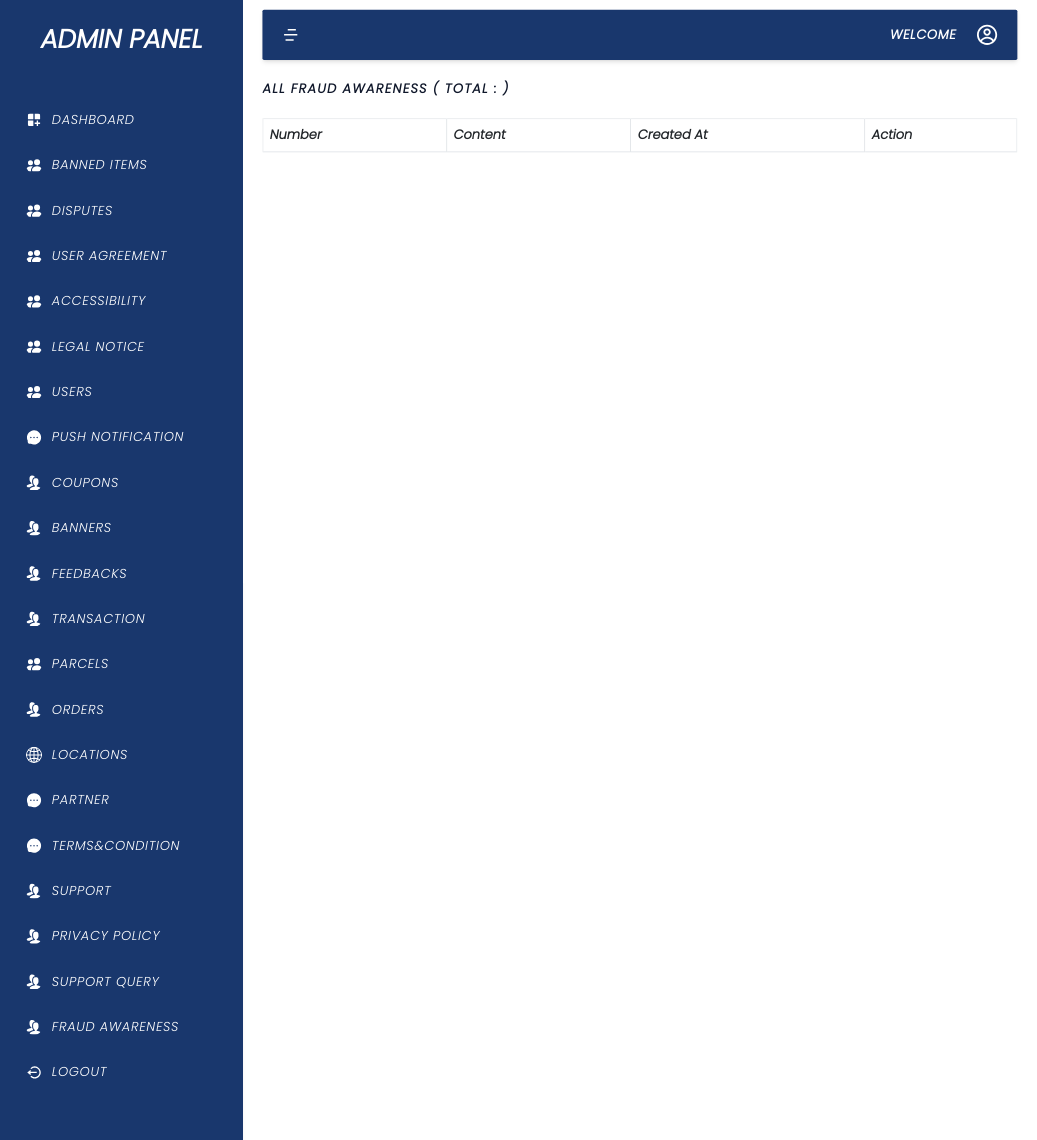
Repository: FlyweisReact/sarita
Page: /fraudAwareness
An editor plug-in stored every save of this project. The page is shown before and after the next save, followed by the edit.
The browser window is 1280 px wide. The pictures show the whole page, at 81% of full size.
The page's requests for data from a server got no answer. Some web libraries are served in a nearby version. The project was rebuilt for these pictures with package versions that can differ from the ones it lists, and the page was loaded fresh each time. No one was signed in, and anything a server would have sent is missing. Also part of the build but not shown: src/vendorPanel/forms/VendorLogin.jsx, src/vendorPanel/pages/AdminDiscount.js, src/vendorPanel/pages/AdminReview.js, src/vendorPanel/pages/Astrologers.js, src/vendorPanel/pages/Banners.js, src/vendorPanel/pages/Booking.js, src/vendorPanel/pages/Horoscope.js, src/vendorPanel/pages/Kundli.js and 15 more.

Above is the page before, as saved 2023-04-20 12:34:44.

### public/index.html
<!-- @format -->

<!DOCTYPE html>
<html lang="en">
  <head>
    <meta charset="utf-8" />
    <meta name="viewport" content="width=device-width, initial-scale=1" />
    <meta name="theme-color" content="#000000" />
    <meta
      name="description"
      content="Web site created using create-react-app"
    />
    <link rel="apple-touch-icon" href="%PUBLIC_URL%/favicon.ico?v=2" />
    <link rel="manifest" href="%PUBLIC_URL%/manifest.json" />
    <link rel="preconnect" href="https://fonts.googleapis.com">
<link rel="preconnect" href="https://fonts.gstatic.com" crossorigin>
<link href="https://fonts.googleapis.com/css2?family=Roboto+Mono:ital,wght@1,300&display=swap" rel="stylesheet">
    <title>Ship24*7</title>
  </head>
  <body>
    <noscript>You need to enable JavaScript to run this app.</noscript>
    <div id="root"></div>
    <script src="https://code.jquery.com/jquery-3.6.0.min.js"></script>
    <script src="https://kit.fontawesome.com/b533b351e4.js" crossorigin="anonymous"></script>
  </body>
</html>

### src/index.js
import React from "react";
import ReactDOM from "react-dom/client";
import "./index.css";
import App from "./App";
import { BrowserRouter } from "react-router-dom";
import 'bootstrap/dist/css/bootstrap.min.css'

const root = ReactDOM.createRoot(document.getElementById("root"));
root.render(
  <React.StrictMode>
    <BrowserRouter>
      <App />
    </BrowserRouter>
  </React.StrictMode>
);

### src/index.css
/** @format */

@tailwind base;
@tailwind components;
@tailwind utilities;
@import url("https://fonts.googleapis.com/css2?family=Roboto+Mono:ital,wght@1,300&display=swap");
@font-face {
  font-family: Roboto;
  src: url("./Fonts/Poppins-LightItalic.ttf");
}
body {
  margin: 0;
  font-family: Roboto !important;
  -webkit-font-smoothing: antialiased;
  -moz-osx-font-smoothing: grayscale;
}

code {
  font-family: Roboto !important;
}

html {
  font-family: Roboto !important;
}

::-webkit-scrollbar {
  width: 10px;
}
.fa-trash {
  color: red;
  cursor: pointer;
}

.iCOn {

  transition: 0.5s;
  box-shadow: none;
  transform: scale(1);
}
.cardDiv{
  cursor: pointer;
}

.cardDiv:hover .iCOn{
  box-shadow: rgba(0, 0, 0, 0.35) 0px 5px 15px;
  transform: scale(1.3);
}

/* Track */
::-webkit-scrollbar-track {
  background: #f1f1f1;
}

/* Handle */
::-webkit-scrollbar-thumb {
  background: #888;
}

/* Handle on hover */
::-webkit-scrollbar-thumb:hover {
  background: #555;
}
.profileImage {
  width: 100px;
}
.fa-eye {
  color: #029aff;
  cursor: pointer;
}
.fa-edit {
  cursor: pointer;
  color: blue;
}

.View {
  border: 1px solid black;
  width: 100%;
  padding: 10px;
}

.main-card--container {
  display: grid;
  grid-template-columns: repeat(3, minmax(300px, 500px));
  grid-gap: 50px;
  justify-content: space-around;
}
.card-container {
  margin: 25px 0 auto;
  box-shadow: rgba(0, 0, 0, 0.35) 0px 5px 15px;
  position: relative;
  display: grid;
  grid-template-columns: 1fr;
  justify-content: space-around;
  align-items: flex-start;
}

.myEdit:focus {
  box-shadow: rgba(0, 0, 0, 0.35) 0px 5px 15px;
}



.AstroLogin{
  color: #fff;
  background-color: #2b7a8e;
  padding: 10px;
  width: 380px;
  text-align: center;
  font-size: 20px;
  background: linear-gradient(to left, #2b7a8e 50%, #fff 50%) right;
  background-size: 200%;
  transition: 0.5s ease-out;
  border: 1px solid #2b7a8e;
  margin-top: 10px;
  text-transform: uppercase;
}
.AstroLogin:hover {
  background-position: left;
  color: #2b7a8e;
}

.EcommerceAdminLogin{
  color: #fff;
  background-color: #19376d ;
  padding: 10px;
  width: 380px;
  text-align: center;
  font-size: 20px;
  background: linear-gradient(to left, #19376d 50%, #fff 50%) right;
  background-size: 200%;
  transition: 0.5s ease-out;
  border: 1px solid #19376d;
  margin-top: 10px;
  text-transform: uppercase;
}

.EcommerceAdminLogin:hover{
  background-position: left;
  color: #19376d;
}
.EcommerceVendorLogin{
  color: #fff;
  background-color: #576cbc;
  padding: 10px;
  width: 380px;
  text-align: center;
  font-size: 20px;
  background: linear-gradient(to left, #576cbc 50%, #fff 50%) right;
  background-size: 200%;
  transition: 0.5s ease-out;
  border: 1px solid #576cbc;
  margin-top: 10px;
  text-transform: uppercase;
}

.EcommerceVendorLogin:hover{
  background-position: left;
  color: #576cbc;
}

.view{
  background-color: #2196f3;
  color: #fff;
  width: 50%;
  padding: 5px;
}


.two-sec{
display:flex;
justify-content: space-evenly;
  justify-content: space-evenly;
}
.two-sec .left{
  width: 60%;
  background-color: #f6f1ef;
  padding: 20px;
 }
 .two-sec .left .head{
  font-size: 25px;
  font-weight: bold;
 }



.two-sec .right{
  width: 30%;
  background-color: #f6f1ef;
 }

 .searchDiv{
  width: 100%;
  display: flex;
  gap: 10px;
  border: 1px solid rgb(179, 179, 179);
  padding: 10px;
  margin-bottom: 20px;
  align-items: center;
 }
 .searchDiv input {
  width: 94%;
  outline: none;
  border: none;
 }


 li{
  list-style: disc;
 }

### src/App.js
/** @format */

import { Routes, Route } from "react-router-dom";
import { ToastContainer } from "react-toastify";
import "react-toastify/dist/ReactToastify.css";
import VendorLogin from "./vendorPanel/forms/VendorLogin";
import AdminDiscount from "./vendorPanel/pages/AdminDiscount";
import AdminReview from "./vendorPanel/pages/AdminReview";
import Astrologers from "./vendorPanel/pages/Astrologers";
import Banners from "./vendorPanel/pages/Banners";
import Booking from "./vendorPanel/pages/Booking";
import Horoscope from "./vendorPanel/pages/Horoscope";
import Kundli from "./vendorPanel/pages/Kundli";
import Message from "./vendorPanel/pages/Message";
import UploadDocs from "./vendorPanel/pages/UploadDocs";
import Users from "./vendorPanel/pages/Users";
import VendorDashboard from "./vendorPanel/pages/VendorDashboard.jsx";
import AdminUsers from "./vendorPanel/pages/AdminUsers";
import AdminBlogs from "./vendorPanel/pages/AdminBlogs";
import AdminCategory from "./vendorPanel/pages/AdminCategory";
import Support from "./vendorPanel/pages/Support";
import AdminTerms from "./vendorPanel/pages/AdminTerms";
import BannedItems from "./vendorPanel/pages/BannedItems";
import Discpute from "./vendorPanel/pages/Discpute";
import UserAgreement from "./vendorPanel/pages/UserAgreement";
import Accessebility from "./vendorPanel/pages/Accessebility";
import LegalNotice from "./vendorPanel/pages/LegalNotice";
import SupportQuery from "./vendorPanel/pages/SupportQuery";
import FraudAwareness from "./vendorPanel/pages/FraudAwareness";

function App() {
  return (
    <>
      <ToastContainer />

      <Routes>
        <Route path="/" element={<VendorLogin />} />
        <Route path="/vendorDashboard" element={<VendorDashboard />} />
        <Route path="/msg" element={<Message />} />
        <Route path="/admin/users" element={<AdminUsers />} />
        <Route path="/AdminDiscount" element={<AdminDiscount />} />
        <Route path="/Banners" element={<Banners />} />
        <Route path="/adminReviews" element={<AdminReview />} />

        <Route path="/admin/blogs" element={<AdminBlogs />} />
        <Route path="/book" element={<Booking />} />

        <Route path="/horo" element={<Horoscope />} />
        <Route path="/astro" element={<Astrologers />} />
        <Route path="/kundli" element={<Kundli />} />



        <Route path="/uploadDocs" element={<UploadDocs />} />
        <Route path="/privacy-policy" element={<Users />} />
        <Route path="/admin/category" element={<AdminCategory />} />
        <Route path="/admin/support" element={<Support />} />
        <Route path="/admin/terms" element={<AdminTerms />} />


        <Route path="/bannedItem" element={<BannedItems />} />
        <Route path="/dispute" element={<Discpute />} />
        <Route path="/userAgreement" element={<UserAgreement />} />
        <Route path="/accssebility" element={<Accessebility />} />
        <Route path="/legalNotice" element={<LegalNotice />} />


        <Route path="/supportQuery" element={<SupportQuery />} />
        <Route path="/fraudAwareness" element={<FraudAwareness />} />

      </Routes>
    </>
  );
}

export default App;

### src/vendorPanel/pages/FraudAwareness.js
/** @format */

import React, { useCallback, useEffect, useState } from "react";
import HOC from "../layout/HOC";
import { Modal, Table } from "react-bootstrap";
import axios from "axios";

const FraudAwareness = () => {
  const [data, setData] = useState([]);
  const [id, setId] = useState("");
  const token = localStorage.getItem("token");
  const [modalShow, setModalShow] = React.useState(false);

  const fetchData = useCallback(async () => {
    try {
      const { data } = await axios.get(
        "http://ec2-65-1-248-95.ap-south-1.compute.amazonaws.com:7777/api/v1/admin/fraudawareness",
        {
          headers: {
            Authorization: `Bearer ${token}`,
          },
        }
      );
      setData(data);
    } catch (e) {
      console.log(e);
    }
  }, [token]);

  useEffect(() => {
    fetchData();
  }, [fetchData]);

  function MyVerticallyCenteredModal(props) {
    const [each, setEach] = useState([]);

    const fetchParcel = useCallback(async () => {
      try {
        const { data } = await axios.get(
          `http://ec2-65-1-248-95.ap-south-1.compute.amazonaws.com:7777/api/v1/admin/fraudawareness/${id}`,
          {
            headers: {
              Authorization: `Bearer ${token}`,
            },
          }
        );
        setEach(data);
      } catch (e) {
        console.log(e);
      }
    }, []);

    useEffect(() => {
      if (props.show === true) {
        fetchParcel();
      }
    }, [fetchParcel, props.show]);

    return (
      <Modal
        {...props}
        size="lg"
        aria-labelledby="contained-modal-title-vcenter"
        centered
      >
        <Modal.Header closeButton>
          <Modal.Title id="contained-modal-title-vcenter">
            View Content
          </Modal.Title>
        </Modal.Header>
        <Modal.Body>
          <p className="View">
            {" "}
            <strong>Content : {each?.data?.content} </strong>
          </p>
        </Modal.Body>
      </Modal>
    );
  }

  return (
    <>
      <MyVerticallyCenteredModal
        show={modalShow}
        onHide={() => setModalShow(false)}
      />

      <section>
        <div className="pb-4 sticky top-0  w-full flex justify-between items-center bg-white">
          <span className="tracking-widest text-slate-900 font-semibold uppercase ">
            All Fraud Awareness ( Total : {data?.data?.length} )
          </span>
        </div>

        <Table striped bordered hover>
          <thead>
            <tr>
              <th>Number</th>
              <th>Content</th>
              <th>Created At</th>
              <th>Action</th>
            </tr>
          </thead>
          <tbody>
            {data?.data?.map((i, index) => (
              <tr key={index}>
                <td
                  onClick={() => {
                    setId(i._id);
                    setModalShow(true);
                  }}
                  style={{ color: "blue", cursor: "pointer"  , textDecoration : 'underline'}}
                >
                  #{index + 1}{" "}
                </td>
                <td>{i.content?.substring(0, 100) + "..."}</td>
                <td> {i.createdAt?.slice(0, 10)} </td>
                <td>
                  <i className="fa-solid fa-trash" />
                </td>
              </tr>
            ))}
          </tbody>
        </Table>
      </section>
    </>
  );
};

export default HOC(FraudAwareness);

### src/vendorPanel/layout/HOC.jsx
import React, { useState } from "react";
import Navbar from "./Navbar";
import Sidebar from "./Sidebar";

const HOC = (Wcomponenet) => {
  return function Component() {
    const [hamb, setHamb] = useState(false);
    return (
      <>
        <section className="flex overflow-x-hidden relative">
          {/* Sidebar */}
          <div
            className={
              hamb
                ? " absolute top-0 z-30 md:w-auto shadow-md bg-slate-200  w-60 transition-all md:-left-full left duration-150  h-auto overflow-y-auto  left-0 "
                : " md:w-72 z-30 bg-slate-200  shadow-md  md:static absolute top-0 -left-full   transition-all duration-150  overflow-y-auto h-auto"
            }
            style={{minWidth : '300px'}}
          >
            <Sidebar hamb={hamb} setHamb={setHamb} />
          </div>
          {/* Components & Navbar */}
          <div
            className={
              hamb
                ? " transition-all px-4 py-2  bg-white duration-150 w-full h-screen"
                : " w-full h-screen  px-4 py-2  bg-white z-50 transition-all duration-150 "
            }
          >
            <Navbar hamb={hamb} setHamb={setHamb} />
            <div className="my-6 text-#000 h-[87%] wcomp overflow-y-auto">
              <Wcomponenet />
            </div>
          </div>
        </section>
      </>
    );
  };
};

export default HOC;

### src/vendorPanel/layout/Navbar.jsx
/** @format */

import { RiMenu4Line } from "react-icons/ri";
import { CgProfile } from "react-icons/cg";
import Form from "react-bootstrap/Form";
import { useState } from "react";
import Button from "react-bootstrap/Button";
import Modal from "react-bootstrap/Modal";
import Container from "react-bootstrap/Container";

function MyVerticallyCenteredModal(props) {
  return (
    <Modal
      {...props}
      size="lg"
      aria-labelledby="contained-modal-title-vcenter"
      centered
    >
      <Modal.Header closeButton>
        <Modal.Title id="contained-modal-title-vcenter">
          Edit Profile
        </Modal.Title>
      </Modal.Header>
      <Modal.Body>
        <Container style={{ width: "600px" }}>
          <Form>
            <Form.Group className="mb-3" controlId="formBasicEmail">
              <Form.Label>Name</Form.Label>
              <Form.Control type="text" placeholder="Admin" />
            </Form.Group>
            <Form.Group className="mb-3" controlId="formBasicPassword">
              <Form.Label>Email Address</Form.Label>
              <Form.Control type="email" placeholder="admin@gmail.com" />
            </Form.Group>
            <Form.Group className="mb-3" controlId="formBasicPassword">
              <Form.Label>Password</Form.Label>
              <Form.Control type="password" placeholder="Password" />
            </Form.Group>
            <Button
              style={{ backgroundColor: "#19376d", borderRadius: "0" }}
              type="submit"
            >
              Edit
            </Button>
          </Form>
        </Container>
      </Modal.Body>
    </Modal>
  );
}

const Navbar = ({ hamb, setHamb }) => {
  const [modalShow, setModalShow] = useState(false);

  return (
    <>
      <MyVerticallyCenteredModal
        show={modalShow}
        onHide={() => setModalShow(false)}
      />

      <div
        className={
          hamb
            ? "flex  w-full justify-between  my-1 rounded-sm  p-4 py-3 shadow-md items-center  bg-slate-200 space-x-4"
            : "flex  w-full justify-between my-1 rounded-sm  p-4 py-3 shadow-md items-center  bg-slate-200 space-x-4"
        }
        style={{ backgroundColor: "#19376d" }}
      >
        <RiMenu4Line
          onClick={() => setHamb(!hamb)}
          className="text-2xl font-bold text-gray-900 hover:scale-90 cursor-pointer"
          style={{ color: "#fff" }}
        />

        <section className="flex sm:ml-auto justify-end sm:w-full items-center space-x-2  pr-2">
          <figcaption className="tracking-wider pl-1 font-semibold">
            <div
              className="lg:text-base text-sm text-gray-900  uppercase"
              style={{ color: "#fff" }}
            >
              Welcome
            </div>
          </figcaption>
        </section>

        <CgProfile
          onClick={() => setModalShow(true)}
          className="text-2xl sm:text-3xl font-bold text-[rgb(241,146,46)] cursor-pointer"
          style={{ color: "#fff" }}
        />
      </div>
    </>
  );
};

export default Navbar;

### src/vendorPanel/layout/Sidebar.jsx
/** @format */

import React from "react";
import { RiCloseLine } from "react-icons/ri";
import { Link, useNavigate } from "react-router-dom";
import { BsFillPeopleFill } from "react-icons/bs";
import { ImUsers } from "react-icons/im";
import { BiLogOutCircle } from "react-icons/bi";
import { MdDashboardCustomize } from "react-icons/md";
import { BsGlobe2 } from "react-icons/bs";
import { AiFillMessage } from "react-icons/ai";

const Sidebar = ({ hamb, setHamb }) => {
  const navigate = useNavigate();

  const nav = [
    {
      icon: <MdDashboardCustomize className="text-xl mr-3 rounded-full " />,
      link: "/vendorDashboard",
      name: "DASHBOARD",
    },
    {
      icon: <BsFillPeopleFill className="text-xl mr-3 rounded-full " />,
      link: "/bannedItem",
      name: "Banned Items",
    },

    {
      icon: <BsFillPeopleFill className="text-xl mr-3 rounded-full " />,
      link: "/dispute",
      name: "Disputes",
    },
    {
      icon: <BsFillPeopleFill className="text-xl mr-3 rounded-full " />,
      link: "/userAgreement",
      name: "User Agreement",
    },
    {
      icon: <BsFillPeopleFill className="text-xl mr-3 rounded-full " />,
      link: "/accssebility",
      name: "Accessibility",
    },
    {
      icon: <BsFillPeopleFill className="text-xl mr-3 rounded-full " />,
      link: "/legalNotice",
      name: "Legal Notice",
    },

    {
      icon: <BsFillPeopleFill className="text-xl mr-3 rounded-full " />,
      link: "/admin/users",
      name: "USERS",
    },

    {
      icon: <AiFillMessage className="text-xl mr-3 rounded-full " />,
      link: "/msg",
      name: "Push NOTIFICATION",
    },
    {
      icon: <ImUsers className="text-xl mr-3 rounded-full " />,
      link: "/AdminDiscount",
      name: "COUPONS",
    },
    {
      icon: <ImUsers className="text-xl mr-3 rounded-full " />,
      link: "/Banners",
      name: "BANNERS",
    },
    {
      icon: <ImUsers className="text-xl mr-3 rounded-full " />,
      link: "/adminReviews",
      name: "FEEDBACKS",
    },
    {
      icon: <ImUsers className="text-xl mr-3 rounded-full " />,
      link: "/admin/blogs",
      name: "Transaction",
    },
    {
      icon: <BsFillPeopleFill className="text-xl mr-3 rounded-full " />,
      link: "/astro",
      name: "Parcels",
    },

    {
      icon: <ImUsers className="text-xl mr-3 rounded-full " />,
      link: "/book",
      name: "Orders",
    },

    {
      icon: <BsGlobe2 className="text-xl mr-3 rounded-full " />,
      link: "/horo",
      name: "Locations",
    },
    {
      icon: <AiFillMessage className="text-xl mr-3 rounded-full " />,
      link: "/kundli",
      name: "Partner",
    },

    {
      icon: <AiFillMessage className="text-xl mr-3 rounded-full " />,
      link: "/admin/terms",
      name: "TERMS&CONDITION",
    },
    {
      icon: <ImUsers className="text-xl mr-3 rounded-full " />,
      link: "/admin/support",
      name: "SUPPORT",
    },
    {
      icon: <ImUsers className="text-xl mr-3 rounded-full " />,
      link: "/privacy-policy",
      name: "PRIVACY POLICY",
    },
    {
      icon: <ImUsers className="text-xl mr-3 rounded-full " />,
      link: "/supportQuery",
      name: "support query",
    },
    {
      icon: <ImUsers className="text-xl mr-3 rounded-full " />,
      link: "/fraudAwareness",
      name: "Fraud Awareness",
    },
  ];

  const logOut = () => {
    navigate("/");
  };

  return (
    <>
      <aside
        className="p-4 h-auto"
        style={{ backgroundColor: "#19376d", minHeight: "100vh" }}
      >
        {/* Top */}
        <div className="w-full md:hidden relative  p-2 mb-4">
          <RiCloseLine
            onClick={() => setHamb(!hamb)}
            className="text-3xl  absolute top-2 sm:hover:rotate-[228deg] transition-transform font-bold right-2 sm:hover:text-[22px] text-[rgb(241,146,46)] cursor-pointer"
          />
        </div>{" "}
        <figure className="flex  flex-col items-center">
          <span
            className="font-bold text-[#fff]"
            style={{ fontSize: "2rem", textAlign: "center" }}
          >
            ADMIN PANEL
          </span>
        </figure>
        <nav className="py-6">
          {nav.map((nav) => {
            return (
              <Link
                to={nav.link}
                key={nav.name}
                className=""
                style={{ textDecoration: "none", textTransform: "uppercase" }}
              >
                <span
                  className="flex my-3 items-center cursor-pointer text-gray-900    tracking-wider p-2 rounded-sm"
                  style={{ color: "#fff" }}
                >
                  {nav.icon} {nav.name}
                </span>
              </Link>
            );
          })}

          <span
            className="flex my-3 items-center cursor-pointer text-gray-900    tracking-wider p-2 rounded-sm"
            onClick={() => logOut()}
            style={{ color: "#fff", textTransform: "uppercase" }}
          >
            <BiLogOutCircle className="text-xl mr-3 rounded-full " /> LogOut
          </span>
        </nav>
      </aside>
    </>
  );
};

export default Sidebar;

Loaded but not shown: tailwind.config.js (common file)

After the next save:
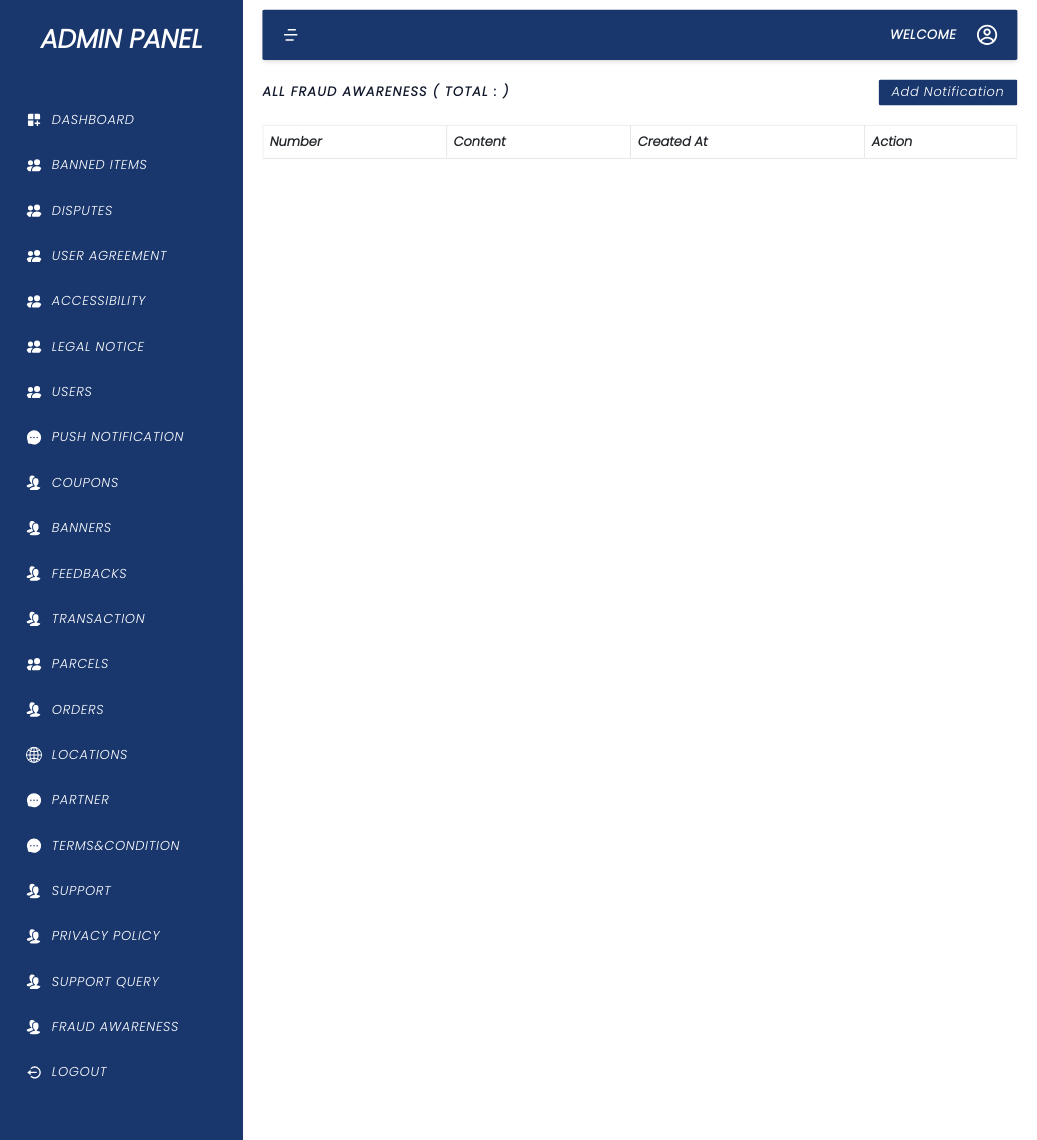
Saved 113 s later.
--- a/src/vendorPanel/pages/FraudAwareness.js
+++ b/src/vendorPanel/pages/FraudAwareness.js
@@ -90,6 +90,15 @@ const FraudAwareness = () => {
           <span className="tracking-widest text-slate-900 font-semibold uppercase ">
             All Fraud Awareness ( Total : {data?.data?.length} )
           </span>
+
+          <button
+            onClick={() => {
+              setModalShow(true);
+            }}
+            className="md:py-2 px-3 md:px-4 py-1 rounded-sm bg-[#19376d] text-white tracking-wider"
+          >
+            Add Notification
+          </button>
         </div>
 
         <Table striped bordered hover>
